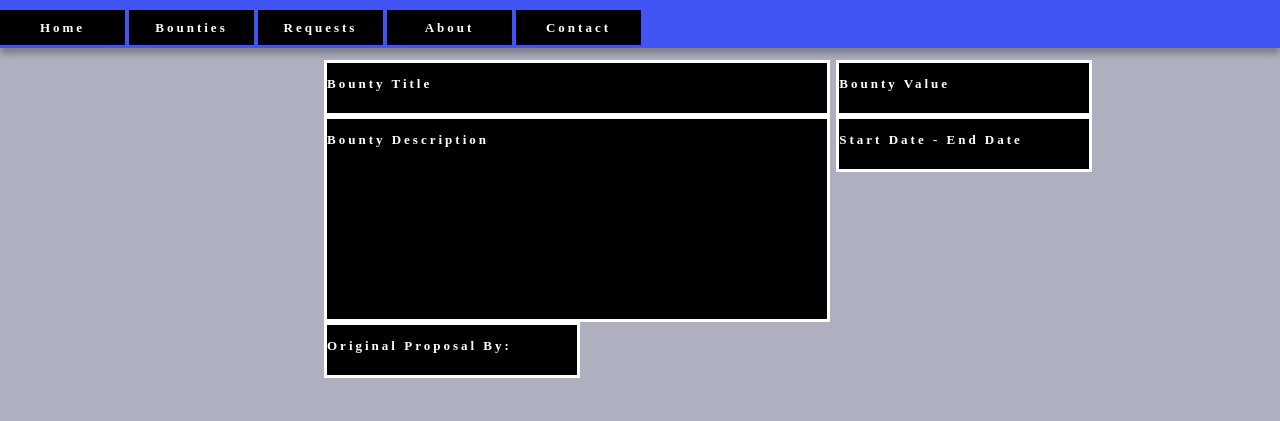
Repository: mailog/Tomorrow
Page: http://localhost/bounties
The author's editor kept a copy of each file at every save. The page is drawn from the files as they stood at one save, then again after the next save.
The browser window is 1280 px wide. The pictures show the whole page.
The page is this project's Thymeleaf template; nobody is signed in. The template is opened directly, without the code that normally fills it, so the values that code supplies are empty.

Above is the page before, as saved 2017-07-27 03:56:21.

### Tomorrow/src/main/resources/templates/bounties.html
<!DOCTYPE html>
<html>
<head>
<title>Bounties</title>
<link rel="stylesheet" type="text/css" href="/css/toolbar.css" />
<link rel="stylesheet" type="text/css" href="/css/bounties.css" />
</head>
<body>

<div class = "toolbar">
	<a href = "/">
		<button class = "tool_button"> Home </button>
	</a>
	<a href = "/bounties">
		<button class = "tool_button"> Bounties </button>
	</a>
	<a href = "/requests">
		<button class = "tool_button"> Requests </button>
	</a>
	<a href = "/about">
		<button class = "tool_button"> About </button>
	</a>
	<a href = "/contact">
		<button class = "tool_button"> Contact </button>
	</a>
</div>

<div id = "bounties">
	<div class = "bounty">
		<div class = "bounty_title">
			<p>Bounty Title</p>
		</div>
		<div class = "bounty_value">
			<p>Bounty Value</p>
		</div>
		<div class = "bounty_desc">
			<p>Bounty Description</p>
		</div>
		<div class = "bounty_period">
			<p>Start Date - End Date</p>
		</div>
		<div class = "bounty_proposer">
			<p>Original Proposal By: </p>
		</div>
	</div>
</div>
</body>
</html>

### Tomorrow/src/main/resources/static/css/toolbar.css
/*------------------STATIC------------------*/
/*------------------------------------------*/

/*-------------------BODY-------------------*/

	body{
		background-color: #aeb0c0;
		color: #FFFFFF;
	}


/*------------------------------------------*/

/*---------------TOOLBAR--------------------*/
	.toolbar{
		width:100%;
		height: 48px;
		z-index: 1;
		opacity: 1;
		position: absolute;
		left: 0px;
		top: 0px;
		float: center;
		padding 0 0 0 0;
		margin-left:auto;
		margin-right:auto;
		background-color: #4155f4;
		-webkit-box-shadow: 0px 6px 7px 0px rgba(0,0,0,0.29);
		-moz-box-shadow: 0px 6px 7px 0px rgba(0,0,0,0.29);
		box-shadow: 0px 6px 7px 0px rgba(0,0,0,0.29);
	}

	.tool_button{
		height: 35px;
		width: 125px;
		display:inline;
		background-color: #000000;
		color:white;
		padding: 0px;
		font-family: Browalia-New;
		font-size: 13px;
		font-weight:bold;
		letter-spacing: 3px;
		border:none;
		cursor: pointer;
		margin-top: 10px;
		margin-bottom: 6px;
		margin-right: 0px;
		margin-left: 0px;
		border-bottom-style: none;
		text-decoration:none;
	}

	.tool_button:hover{
		text-decoration:none;
		border-bottom-style: solid;
		border-bottom-width:3px;
		border-bottom-color:#FFFFFF;
	}

	.toolbar a{
		text-decoration:none;
	}

/*------------------------------------------*/

/*-----------------BUTTONS------------------*/
	.introbtn{}

	.tutorialbtn{
	}

	.registerbtn{
	}

/*------------------------------------------*/

/*------------------INFO--------------------*/

/*------------------------------------------*/

### Tomorrow/src/main/resources/static/css/bounties.css
#bounties
{
	position: relative;
	margin: 50px auto;
	color:white;
	width: 50%;
	padding: 10px;
}

.bounty
{
		height: 300px;
		width: 800px;
		color:white;
		padding: 0px;
		font-family: Browalia-New;
		font-size: 13px;
		font-weight:bold;
		letter-spacing: 3px;
		cursor: pointer;
		border-bottom-style: none;
		text-decoration:none;
}

.bounty_title
{
	display:inline-block;
	width: 500px;
	height: 50px;
	background-color: black;
	border-style:solid;
}

.bounty_value
{
	display:inline-block;
	width: 250px;
	height:50px;
	background-color: black;
	border-style:solid;
}

.bounty_desc
{
	display:inline-block;
	width: 500px;
	height: 200px;
	background-color: black;
	border-style:solid;
}

.bounty_period
{
	display:inline-block;
	width: 250px;
	height:50px;
	background-color: black;
	border-style:solid;
}

.bounty_proposer
{
	display:inline-block;
	width: 250px;
	height: 50px;
	background-color: black;
	border-style:solid;
}

After the next save:
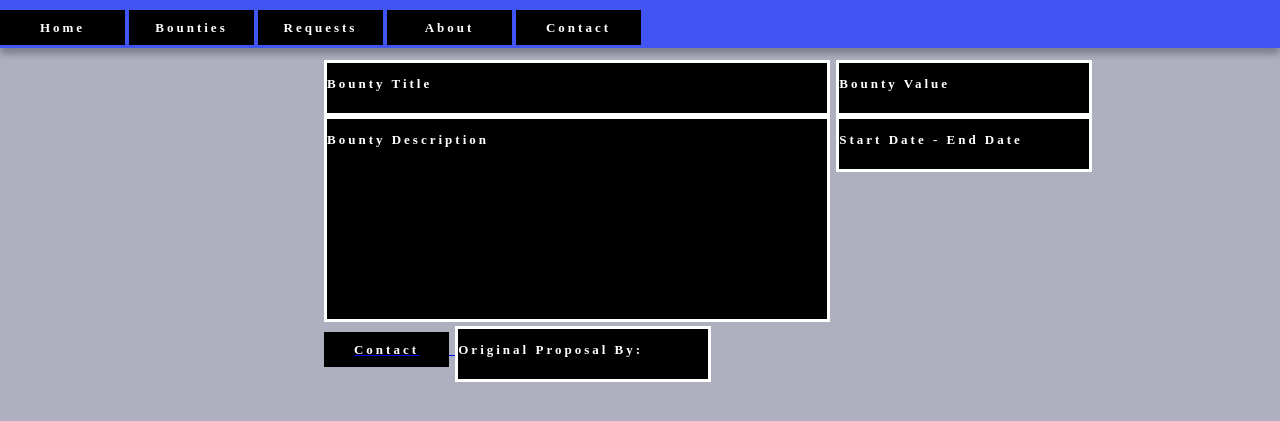
Saved 44 s later.
--- a/Tomorrow/src/main/resources/templates/bounties.html
+++ b/Tomorrow/src/main/resources/templates/bounties.html
@@ -38,7 +38,9 @@
 		</div>
 		<div class = "bounty_period">
 			<p>Start Date - End Date</p>
-		</div>
+		</div><a href = "/contact">
+		<button class = "tool_button"> Contact </button>
+	</a>
 		<div class = "bounty_proposer">
 			<p>Original Proposal By: </p>
 		</div>
